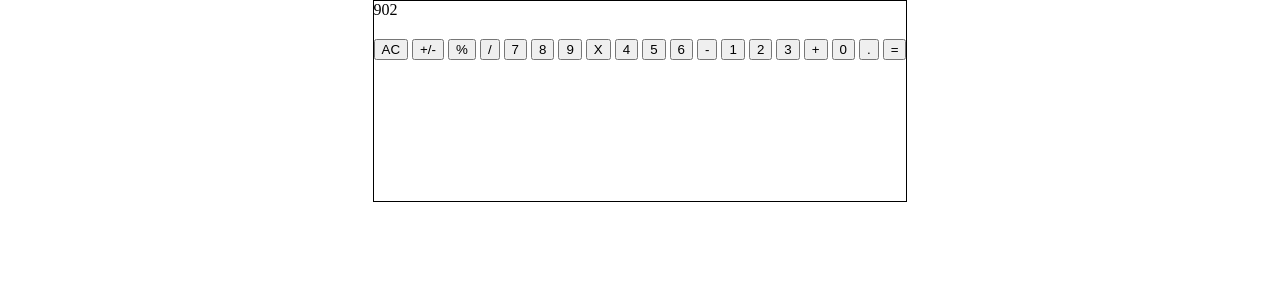
Repository: dmpelaez/calculator
Page: Calculator.html
The author's editor kept a copy of each file at every save. The page is drawn from the files as they stood at one save, then again after the next save.
The browser window is 1280 px wide. The pictures show the whole page.

Above is the page before, as saved 2025-12-15 19:47:40.

### Calculator.html
<!DOCTYPE html>

  <html>
    <head>

      <title>Calculator</title>

      <!--CSS-->
      <link rel="stylesheet" href="Calculator.css">

    </head>
    <body>
      <!--Container-->
      <main class="container">

        <!--Sections-->
        <section class="Section">

          <!--Input section-->
          <div class="inputSection">902</div>

          <!--Btns section-->
          <div class="btnSection">
            <button class="btn">AC</button>
            <button class="btn">+/-</button>
            <button class="btn">%</button>
            <button class="btn">/</button>
            <button class="btn">7</button>
            <button class="btn">8</button>
            <button class="btn">9</button>
            <button class="btn">X</button>
            <button class="btn">4</button>
            <button class="btn">5</button>
            <button class="btn">6</button>
            <button class="btn">-</button>
            <button class="btn">1</button>
            <button class="btn">2</button>
            <button class="btn">3</button>
            <button class="btn">+</button>
            <button class="btn">0</button>
            <button class="btn">.</button>
            <button class="btn">=</button>
          </div>
        </section>


      </main>

      <script src="Calculator.js"></script>
    </body>

  </html>

### Calculator.css
body {
  margin: 0;
  padding: 0;
  box-sizing: border-box;
  display: flex;
  align-items: center;
  justify-content: center;

}

.Section {
display: flex;
flex-direction: column;
border: 1px solid black;
height: 200px;
gap: 20px;
}

Loaded but not shown: Calculator.js (no stored copy; drawn as an empty file)

After the next save:
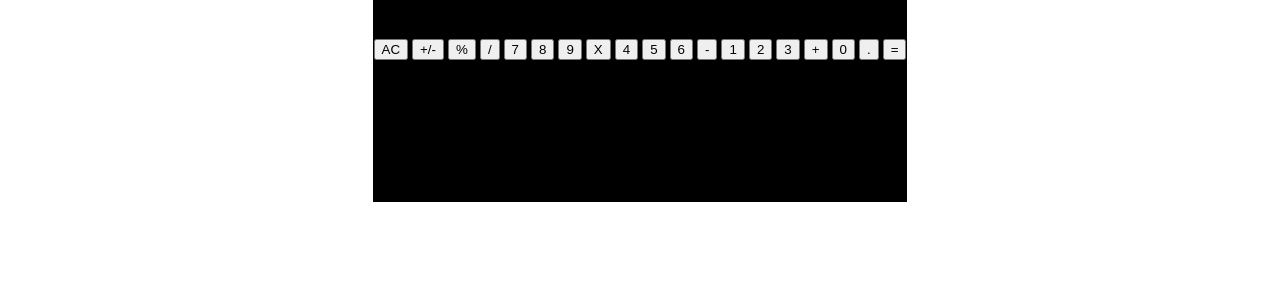
Saved 18 s later.
--- a/Calculator.css
+++ b/Calculator.css
@@ -14,4 +14,5 @@ flex-direction: column;
 border: 1px solid black;
 height: 200px;
 gap: 20px;
+background: black;
 }
